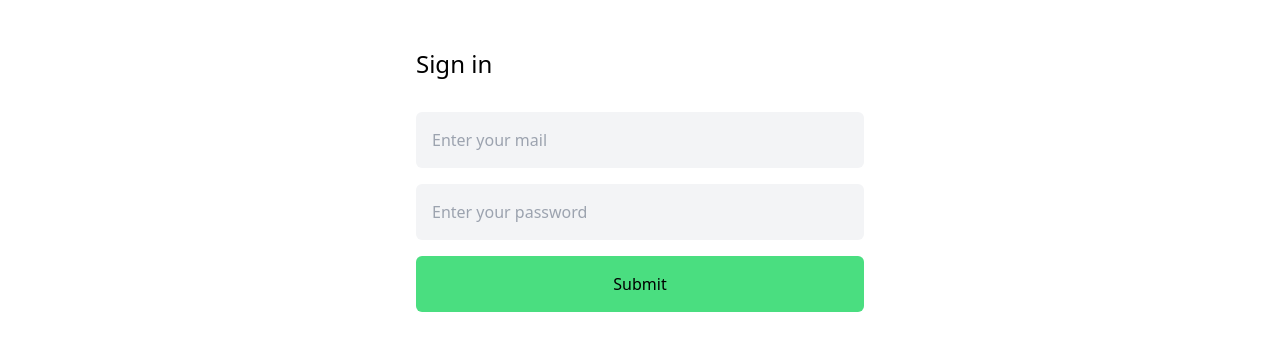
Repository: sevilgenysf/firebase
Page: /sign-in
These files come from the project's save history. The page is drawn as it stood at one moment and after the next save; the edit follows.
The browser window is 1280 px wide. The pictures show the whole page.
The project was rebuilt for these pictures with package versions that can differ from the ones it lists, and the page was loaded fresh each time. Also part of the build but not shown: src/pages/Home.js, src/pages/SignUp.js.

Above is the page before, as saved 2023-01-03 14:34:44.

### src/App.js
import { BrowserRouter as Router, Routes, Route } from 'react-router-dom';
import Home from './pages/Home';
import SignIn from './pages/SignIn';
import SignUp from './pages/SignUp';

const App = () => {
	return (
		<Router>
			<Routes>
				<Route path="/" element={<Home />} />
				<Route path="/sign-in" element={<SignIn />} />
				<Route path="/sign-up" element={<SignUp />} />
			</Routes>
		</Router>
	);
};

export default App;

### src/pages/SignIn.js
import { useState, useCallback } from 'react';
import { signInWithEmailAndPassword } from 'firebase/auth';
import { auth } from '../firebase';

const SingIn = () => {
	const [email, setEmail] = useState('');
	const [password, setPassword] = useState('');

	const handleSubmit = useCallback(
		(e) => {
			e.preventDefault();
			if (!email || !password) {
				return;
			}

			signInWithEmailAndPassword(auth, email, password)
				.then(() => {
					alert('hey, you have signed in');
				})
				.catch((e) => {
					console.log(e);
				});
		},
		[email, password]
	);

	return (
		<div className="max-w-md mx-auto py-12">
			<h1 className="text-2xl">Sign in</h1>
			<form onSubmit={handleSubmit} className="flex flex-col gap-4 mt-8">
				<input
					type="email"
					placeholder="Enter your mail"
					value={email}
					onChange={(e) => setEmail(e.currentTarget.value)}
					className="p-4 bg-gray-100 rounded-md"
				/>
				<input
					type="password"
					placeholder="Enter your password"
					value={password}
					onChange={(e) => setPassword(e.currentTarget.value)}
					className="p-4 bg-gray-100 rounded-md"
				/>
				<input type="submit" className="p-4 bg-green-400 rounded-md" />
			</form>
		</div>
	);
};

export default SingIn;

### src/firebase.js
import { initializeApp } from 'firebase/app';
import { getAuth } from 'firebase/auth';

const firebaseConfig = {
	apiKey: 'AIzaSyA9AQ6GBecnDjzYQorOMotUQvkcZgmFqdE',
	authDomain: 'post-app-3203e.firebaseapp.com',
	projectId: 'post-app-3203e',
	storageBucket: 'post-app-3203e.appspot.com',
	messagingSenderId: '905467232334',
	appId: '1:905467232334:web:31883f07cf29e9dbcac31f',
	measurementId: 'G-YNJEF03DBC'
};

const app = initializeApp(firebaseConfig);
export const auth = getAuth(app);

### tailwind.config.js
/** @type {import('tailwindcss').Config} */
module.exports = {
	content: ['./src/**/*.{js,jsx,ts,tsx}'],
	theme: {
		extend: {}
	},
	plugins: []
};

Loaded but not shown: public/index.html (common file); src/index.js (common file); src/index.css (common file); src/reportWebVitals.js (common file)

After the next save:
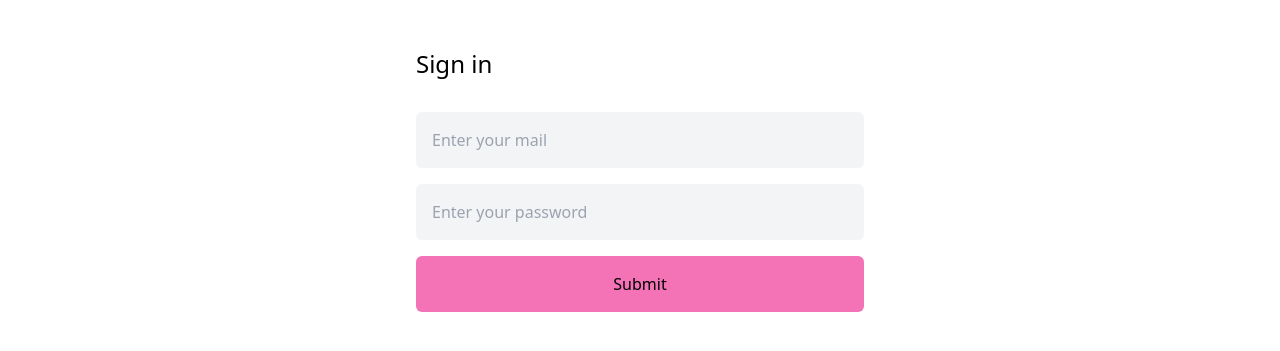
Saved 47 s later.
--- a/src/pages/SignIn.js
+++ b/src/pages/SignIn.js
@@ -42,7 +42,7 @@ const SingIn = () => {
 					onChange={(e) => setPassword(e.currentTarget.value)}
 					className="p-4 bg-gray-100 rounded-md"
 				/>
-				<input type="submit" className="p-4 bg-green-400 rounded-md" />
+				<input type="submit" className="p-4 bg-pink-400 rounded-md" />
 			</form>
 		</div>
 	);
